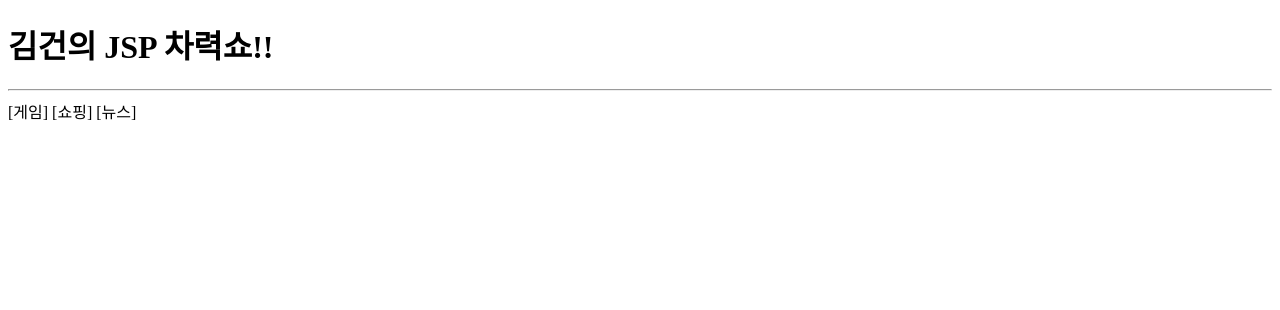
Repository: BancaKim/teamproject4
Page: http://localhost/JspDay2/TheMain.jsp
The author's editor kept a copy of each file at every save. The page is drawn from the files as they stood at one save, then again after a run of saves.
The browser window is 1280 px wide. The pictures show the whole page.
The page is served by Tomcat 9.

Above is the page before, as saved 2024-04-30 05:34:37.

After the next 2 saves:
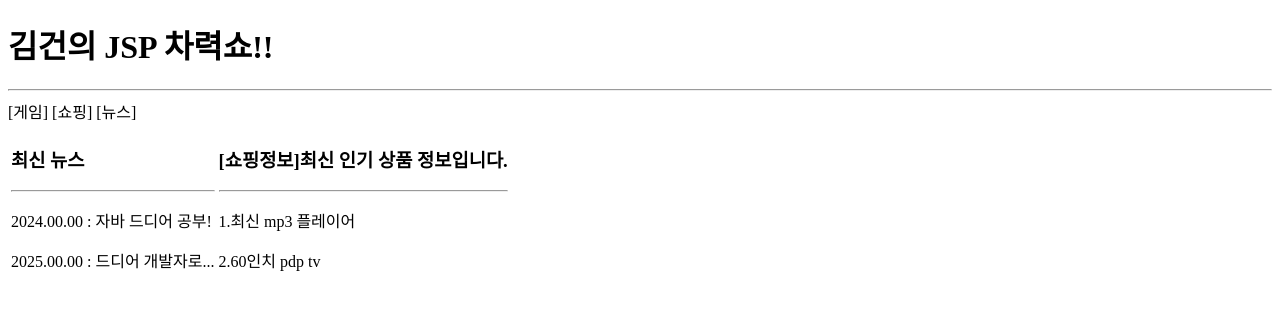
The 2 saves are shown as one change because they came seconds apart.
The last was saved 86 s later.
--- a/JspDay2/src/main/webapp/TheMain.jsp
+++ b/JspDay2/src/main/webapp/TheMain.jsp
@@ -12,5 +12,14 @@
 <div>
 	<%@ include file="TheBar.jsp" %>
 </div>
+
+<table>
+<tr>
+<td>	<%@ include file="TheBody1.jsp" %></td>
+<td>	<%@ include file="TheBody2.jsp" %></td>
+</tr>
+</table>
+
+</div>
 </body>
 </html>
